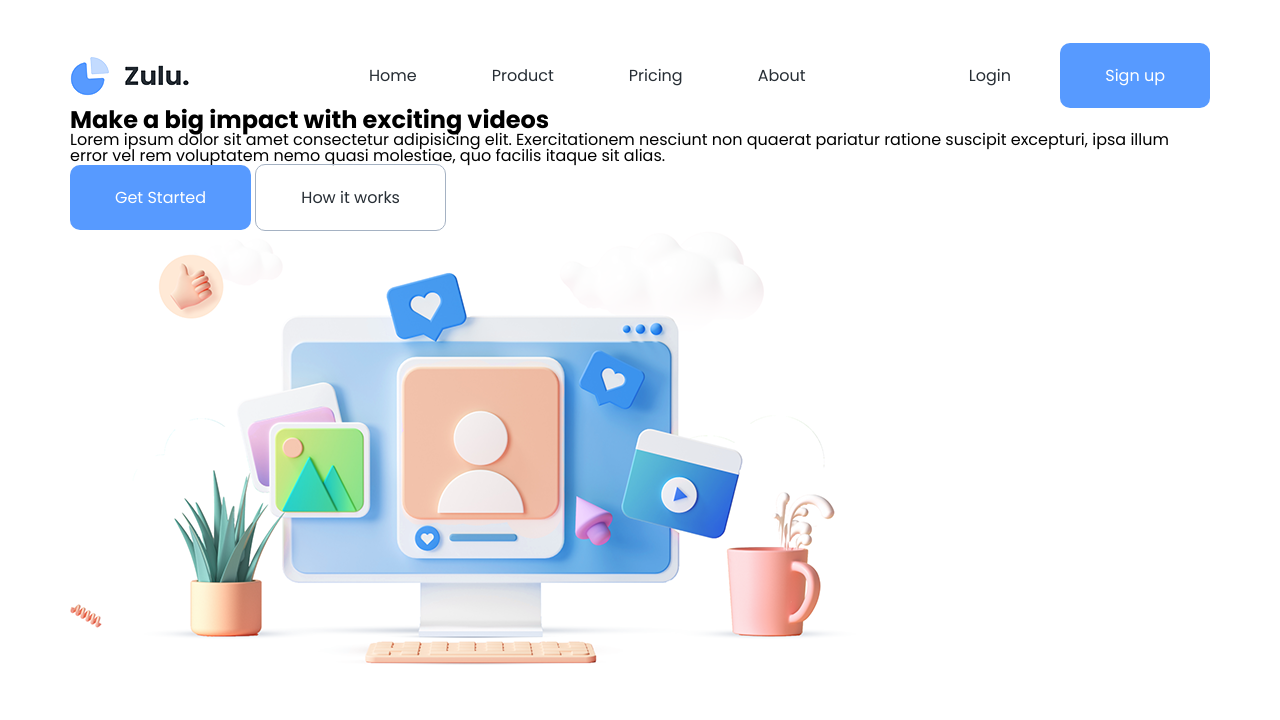
Repository: baodien1405/zulu-landing-page
Page: index.html
An editor plug-in stored every save of this project. The page is shown before and after the next save, followed by the edit.
The browser window is 1280 px wide. The pictures show the whole page.
The style sheet was rebuilt from its Sass, Less or Tailwind sources for each picture, by a compiler version that may differ from the author's.

Above is the page before, as saved 2021-06-22 15:43:33.

After the next save:
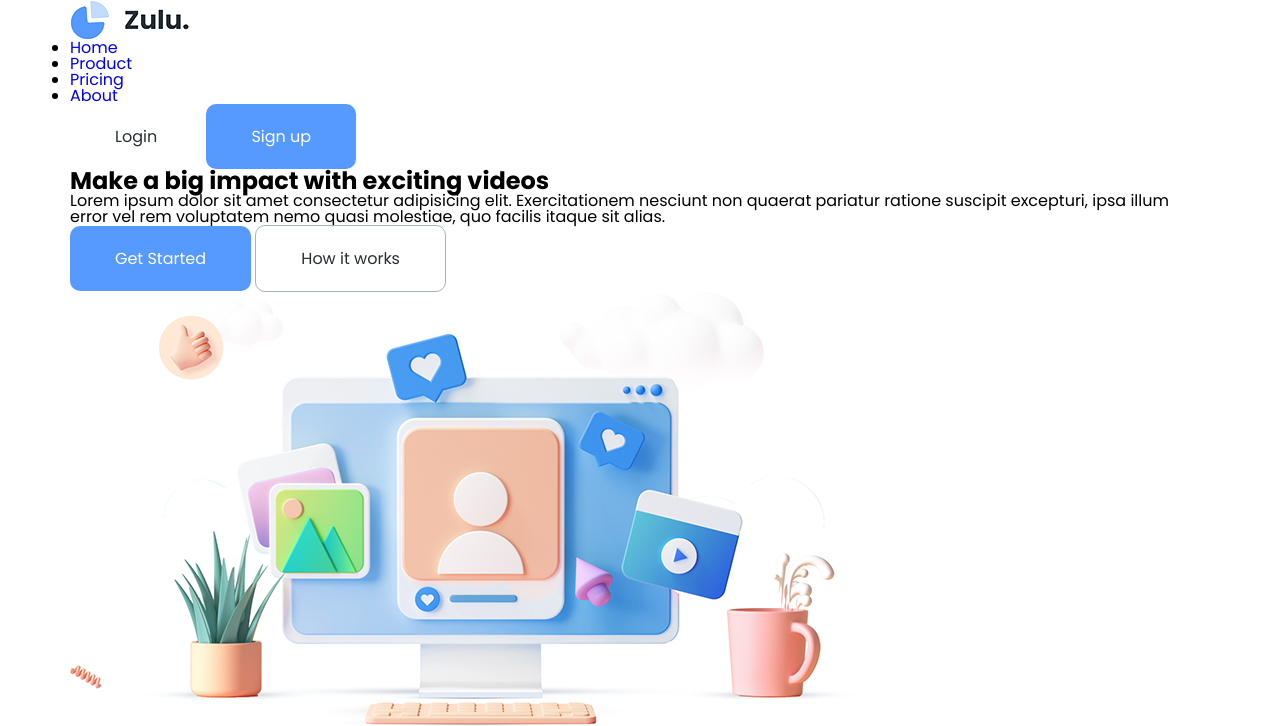
Saved 1 s later.
--- a/styles.scss
+++ b/styles.scss
@@ -55,37 +55,6 @@
   }
 }
 
-.header {
-  padding-top: 43px;
-  display: flex;
-  align-items: center;
 
-  &-logo {
-    display: block;
-    margin-right: 180px;
-  }
-
-  &-menu {
-    display: flex;
-    align-items: center;
-    list-style: none;
-
-    &-item:not(:first-child) {
-      margin-left: 75px;
-    }
-
-    &-link {
-      color: $gray-dark;
-      transition: color 0.2s ease-in-out;
-      &:hover {
-        color: $primary-color;
-      }
-    }
-  }
-
-  &-auth {
-    margin-left: auto;
-  }
-}
 
 @import "banner";

After the save that followed:
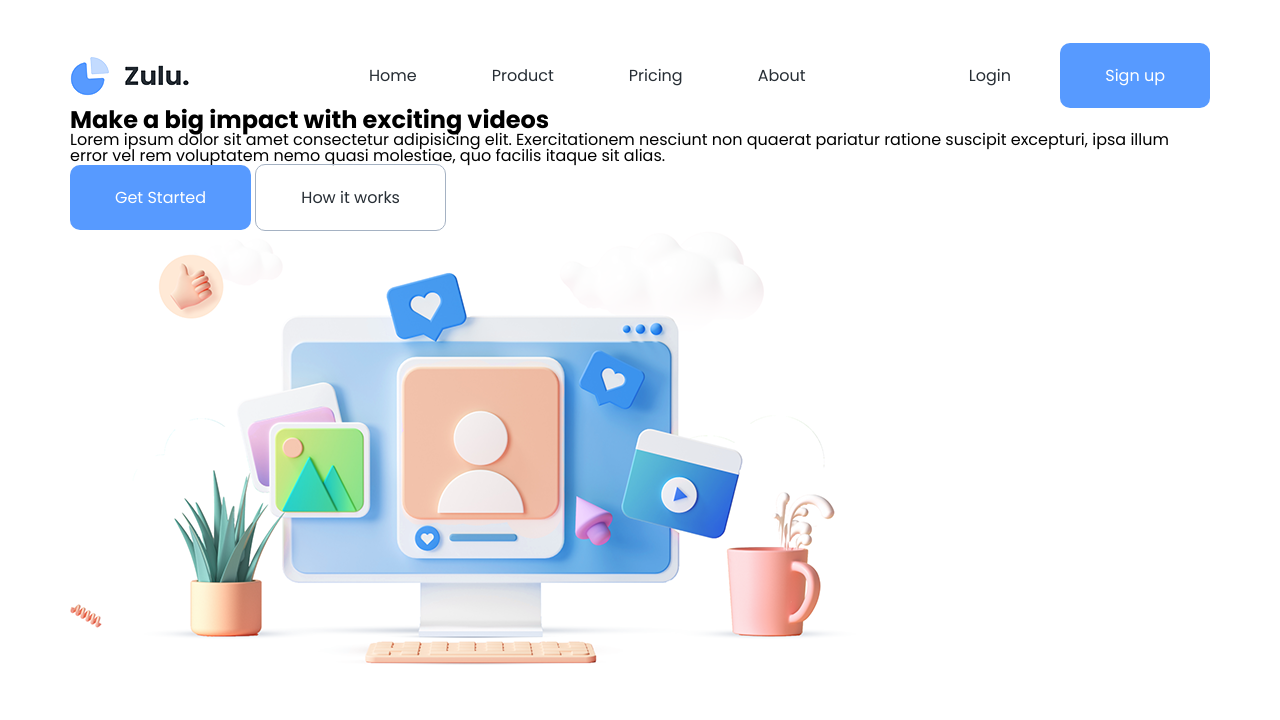
Saved 15 s later.
--- a/styles.scss
+++ b/styles.scss
@@ -55,6 +55,5 @@
   }
 }
 
-
-
+@import "header";
 @import "banner";
